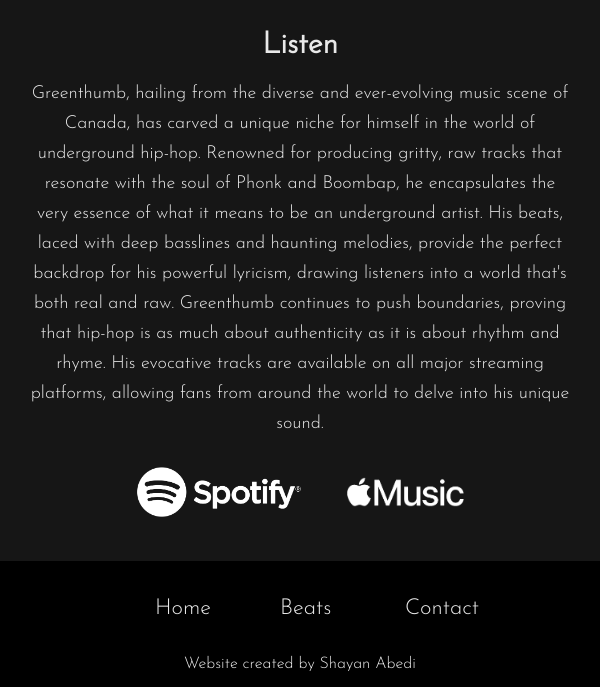
Repository: shayanabedi98/Greenthumb
Page: index.html
These files come from the project's save history. The page is drawn as it stood at one moment and after the next save; the edit follows.
The browser window is 600 px wide. The pictures show the part of the page from y = 1613 to 2300 px (the page is 2300 px tall before and 2255 px after).
A picture or video elsewhere on the page could not be fetched, so the positions and the page height are approximate.

Above is the page before, as saved 2023-08-28 17:05:51.

### index.html
<!DOCTYPE html>
<html lang="en">
<head>
    <meta charset="UTF-8">
    <meta name="viewport" content="width=device-width, initial-scale=1.0">
    <title>Greenthumb Home</title>
    <link rel="stylesheet" href="styles.css">
    <link rel="preconnect" href="https://fonts.googleapis.com">
    <link rel="preconnect" href="https://fonts.gstatic.com" crossorigin>
    <link href="https://fonts.googleapis.com/css2?family=Josefin+Sans:wght@300&display=swap" rel="stylesheet">
</head>
<body onload="load()">
    <div class="header">
        <header>
            <nav>
                <a id="logo"><img src="resources/logo.png" alt="Greenthumb Logo"></a>
                <ul>
                    <li><a id="home">Home</a></li>
                    <li><a id="beats">Beats</a></li>
                    <li><a id="contact">Contact</a></li>
                </ul>
            </nav>
        </header>
    </div>
    <div class="banner">
        <video autoplay playsinline muted loop src="resources/Japanese Street Drifting ! Tokyo Auto Salon 2019 Afterparty !.mp4"></video>
        <div class="banner-content">
            <h1>Artist</h1>
            <h2>From the depths of his creative abyss, he conjures grimey beats that pulse like the heartbeat of a shadowy cosmos, inviting listeners to explore the raw and unfiltered underbelly of Hip Hop.</h2>
        </div>
    </div>
    <div class="container">
        <h3>Recent Releases</h3>
        <div class="card">
            <img src="resources/master.jpg" alt="cover of song, Masterpiece">
            <h4>Masterpiece</h4>
        </div>
        <div class="card">
            <img src="resources/soul.png" alt="cover of song, Soul Saver">
            <h4>Soul Saver</h4>
        </div>
        <div class="card">
            <img src="resources/theshadow.png" alt="cover of EP, The Shadow">
            <h4>The Shadow (EP)</h4>
        </div>
    </div>
    <div class="listen">
        <div class="listen-video">
            <video muted autoplay loop src="resources/green.mp4.mov"></video>
        </div>
        <div class="listen-content">
            <h5>Listen</h5>
            <p>Greenthumb, hailing from the diverse and ever-evolving music scene of Canada, has carved a unique niche for himself in the world of underground hip-hop. Renowned for producing gritty, raw tracks that resonate with the soul of Phonk and Boombap, he encapsulates the very essence of what it means to be an underground artist. His beats, laced with deep basslines and haunting melodies, provide the perfect backdrop for his powerful lyricism, drawing listeners into a world that's both real and raw. Greenthumb continues to push boundaries, proving that hip-hop is as much about authenticity as it is about rhythm and rhyme. His evocative tracks are available on all major streaming platforms, allowing fans from around the world to delve into his unique sound.</p>
            <a target="_blank" href="https://open.spotify.com/artist/6wieWdyQKqtD1A7RKloA2L"><img class="song-link" id="spotify" src="resources/Spotify_Logo_CMYK_White.png" alt="spotify link"></a>
            <a target="_blank" href="https://music.apple.com/us/artist/greenthumb/1610106986"><img class="song-link" id="apple" src="resources/apple2.png" alt="apple music link"></a>
        </div>
    </div>
    <footer>
        <nav>
            <ul>
                <li><a id="footer-home">Home</a></li>
                <li><a id="footer-beats">Beats</a></li>
                <li><a id="footer-contact">Contact</a></li>
                <p>Website created by Shayan Abedi</p>
            </ul>
        </nav>
    </footer>
    <script src="index.js"></script>
</body>
</html>

### styles.css
/* All pages */

html {
}

body {
    position: relative;
    margin: 0;
    padding: 0;
    background-color: black;
    color: rgb(233, 233, 233);
    font-family: 'Josefin Sans', sans-serif;
    opacity: 0;
}
header {
    z-index: 1;
}

a {
    cursor: pointer;
}

nav {
    height: 110px;
}

nav img {
    height: 100px;
    position: absolute;
    transform: translateY(-10px);
}

nav ul {
    list-style: none;
    text-align: right;
    transform: translate(-100px, 0px);
}

nav li {
    display: inline-block;
    text-align: center;
    margin: 0 20px;
}

nav a {
    text-decoration: none;
    width: 40px;
    display: block;
    padding: 20px;
    margin: 0 20px;
    font-size: 22px;
    color: rgb(233, 233, 233);
}

nav a:hover {
    color: rgb(150, 150, 150) !important;
    transition: 0.2s;
    text-decoration: underline;
}

nav a:visited {
    text-decoration: none;
    color: rgb(233, 233, 233);
}

footer {
    position: absolute;
    bottom: 0;
    width: 100%;
    height: 0;
}

footer nav ul {
    text-align: center;
    transform: translateY(0);
    padding: 0;
}

/* Home page */

.banner {
    text-align: center;
    width: 100%;
    height: 600px;
}

.banner video {
    object-fit: cover;
    object-position: 50% 100%;
    height: 600px;
    width: 100%;
    opacity: 80%;
}

.banner-content {
    transform: translateY(-410px);
    width: 70%;
    margin: auto;
}

.banner-content h1:hover{
    font-size: 50px;
    color: rgb(179, 179, 179);
    transition: 2s;
}

.banner-content h1:not(:hover) {
    transition: 1s;
}

.banner-content h1 {
    font-size: 46px;
    opacity: 90%;
}

.banner-content h2 {
    font-size: 30px;
    opacity: 90%;
}

.container {
    text-align: center;
    background-color: rgb(0, 0, 0);
    padding: 25px 0 60px 0;
}

.card {
    text-align: center;
    display: inline-block;
    background-color: rgb(19, 19, 19);
    border-radius: 5px;
    width: 350px;
    padding-top: 15px;
    height: 380px;
    margin: 0 20px;
    border: 2px solid rgb(19, 19, 19);
    box-shadow: 0 0 3px 0 rgb(82, 82, 82);
}

.container h3 {
    font-size: 32px;
}

.card img {
    height: 300px;
    width: 300px;
}

.card:hover {
    border: 2px solid rgba(85, 85, 85, 0.5);
    background-color: black;
    transition: ease-in-out 0.6s;
}

.card:not(:hover) {
    transition: ease-in-out 0.3s;
}

.listen {
    text-align: center;
    background-color: rgb(22, 22, 22);
}

.listen h5 {
    font-size: 30px;
}

.listen-video {
    display: inline-block;
    width: 49%;
    height: 70%;
    vertical-align: top;
    margin: 50px auto;
}

.listen-video video {
    width: 40%;
    height: 100%;
    box-shadow: 0 0 10px 0 black;
}

.listen-video video:hover {
    box-shadow: 0 0 20px 0 rgb(59, 59, 59);
    border-radius: 50%;
    transition: 1s;
}

.listen-video video:not(:hover) {
    transition: 1s;
}

.listen-content {
    display: inline-block;
    width: 50%;
    text-align: center;
    vertical-align: top;
    margin: 50px auto;
}

.listen-content img {
    height: 100px;
    display: block;
}

.listen-content h5 {
    margin-top: 0;
}

.listen-content p {
    font-size: 26px;
    width: 80%;
    margin-left: 10%;
    line-height: 30px;
}

#spotify {
    height: 100px;
    display: inline-block;
    transform: translateY(16px);
}

#apple {
    height: 70px;
    display: inline-block;
}

.song-link {
    margin: 0 20px;
}

/* Beats page */

.beats-container {
    text-align: center;
    padding: 0;
    height: 970px;
}

.beats {
    text-align: center;
    margin: 0;
    width: 100%;
}

.beats h1, .beats h2, .beats h3, .beats table {
    transform: translateY(35px);
}

.beats video {
    object-fit: cover;
    height: 970px;
    width: 100%;
    opacity: 10%;
    position: absolute;
    left: 0;
}

.beats h1 {
    margin-top: 0;
}

.beats h3 {
    margin-bottom: 80px;
}

audio {
    height: 40px;
    padding: 10px;
}

/* Contact page */


input {
    font-family: 'Josefin Sans', sans-serif;
    display: inline-block;
    padding: 5px 10px;
    width: 300px;
    height: 30px;
    font-size: 20px;
    border: none;
    margin: 5px auto;
    background-color: rgb(194, 194, 194);
}

textarea {
    font-family: 'Josefin Sans', sans-serif;
    padding: 5px 10px;
    resize: none;
    padding: 5px 10px;
    width: 620px;
    height: 170px;
    font-size: 20px;
    margin-top: 5px;
    background-color: rgb(194, 194, 194);
}

.contact {
    text-align: center;
    height: 700px;
}

.contact p {
    width: 60%;
    font-size: 24px;
    margin-left: 17.5%;
    margin-bottom: 40px;
}

.contact button {
    font-family: 'Josefin Sans', sans-serif;
    font-size: 20px;
    background-color: rgb(175, 175, 175);
    margin-top: 5px;
    height: 40px;
    width: 100px;
    border: none;
    cursor: pointer;
    box-shadow: 0 0 5px 0 rgb(121, 121, 121);
}


@media (max-width: 1650px) {
    .listen-video video {
        width: 50%;
    }

    .listen-content p {
        font-size: 22px;
        width: 90%;
        margin-left: 5%;
    }
}

@media (max-width: 1390px) {
    #spotify {
        height: 80px;
    }

    #apple {
        height: 50px;
    }
}

@media (max-width: 1300px) {
    .listen-video video {
        width: 60%;
    }
}

@media (max-width: 1200px) {
    .banner-content {
        transform: translateY(-440px);
    }

    .card {
        width: 250px;
        height: 300px;
    }

    .card img {
        height: 220px;
        width: 220px;
    }
}

@media (max-width: 1100px) {
    .listen-video video {
        width: 80%;
    }

    .listen-content p {
        font-size: 20px;
    }

    #spotify {
        height: 50px;
        transform: translateY(10px);
    }

    #apple {
        height: 30px;
    }
}

@media (max-width:960px) {
    nav li {
        margin: 0;
    }

    .card {
        width: 210px;
        height: 260px;
    }

    .card img {
        height: 190px;
        width: 190px;
    }

    .listen-video video {
        width: 30%;
    }

    .listen-video {
        width: 100%;
        margin-bottom: 0;
    }

    .listen-content {
        width: 100%;
    }
}

@media (max-width:772px) {
    .card {
        margin: 0 5px;
    }
}

@media (max-width:700px) {
    .listen-content h5 {
        margin-bottom: 5px;
        margin-top: 0px;
    }

    .listen-content p {
        font-size: 18px;
        width: 90%;
        margin-left: 5%;
    }
}

### index.js
function load() {
    document.body.style.transition = '0.2s';
    document.body.style.opacity = '100%';
}

document.querySelector('#home').addEventListener('click', function() {
    document.body.style.transition = '0.2s';
    document.body.style.opacity = '0';
    setTimeout(function() {
        window.location = 'index.html';
    }, 200)
})

document.querySelector('#footer-home').addEventListener('click', function() {
    document.body.style.transition = '0.2s';
    document.body.style.opacity = '0';
    setTimeout(function() {
        window.location = 'index.html';
    }, 200)
})

document.querySelector('#beats').addEventListener('click', function() {
    document.body.style.transition = '0.2s';
    document.body.style.opacity = '0';
    setTimeout(function() {
        window.location = 'beats.html';
    }, 200)
})

document.querySelector('#footer-beats').addEventListener('click', function() {
    document.body.style.transition = '0.2s';
    document.body.style.opacity = '0';
    setTimeout(function() {
        window.location = 'beats.html';
    }, 200)
})

document.querySelector('#contact').addEventListener('click', function() {
    document.body.style.transition = '0.2s';
    document.body.style.opacity = '0';
    setTimeout(function() {
        window.location = 'contact.html';
    }, 200)
})

document.querySelector('#footer-contact').addEventListener('click', function() {
    document.body.style.transition = '0.2s';
    document.body.style.opacity = '0';
    setTimeout(function() {
        window.location = 'contact.html';
    }, 200)
})

document.querySelector('#logo').addEventListener('click', function() {
    document.body.style.transition = '0.2s';
    document.body.style.opacity = '0';
    setTimeout(function() {
        window.location = 'index.html';
    }, 200)
})

After the next save:
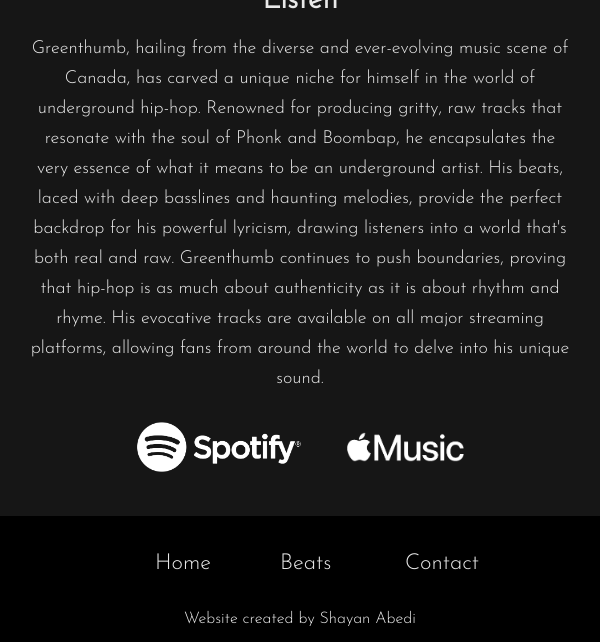
Saved 50 s later.
--- a/styles.css
+++ b/styles.css
@@ -419,6 +419,10 @@
 }
 
 @media (max-width:700px) {
+    .listen-content {
+        margin-top: 5px;
+    }
+
     .listen-content h5 {
         margin-bottom: 5px;
         margin-top: 0px;
